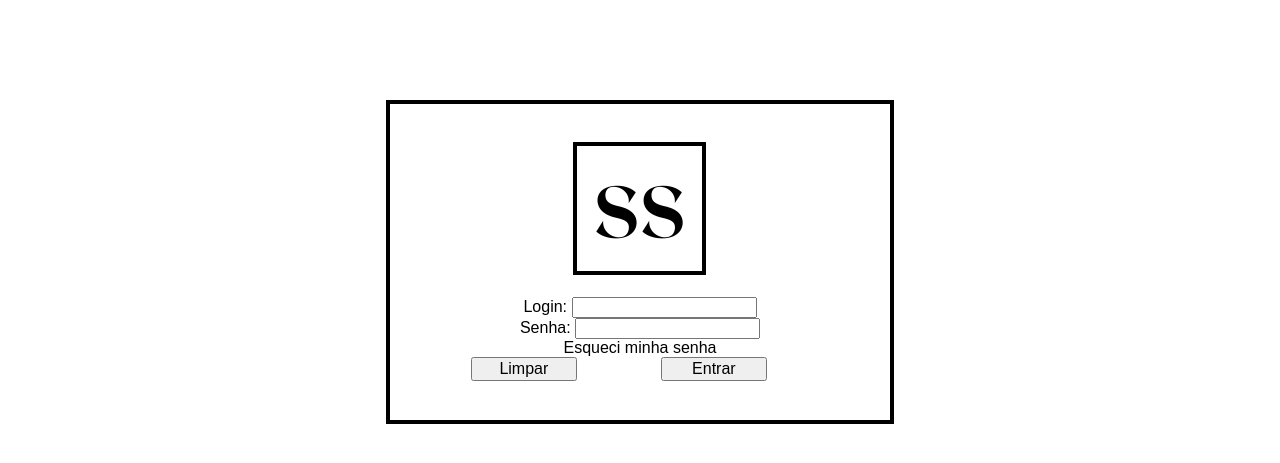
Repository: FaculdadeSenaiJoinville/PiMichelBaade
Page: http://localhost/ProjetoIndividual/
These files come from the project's save history. The page is drawn as it stood at one moment and after the next save; the edit follows.
The browser window is 1280 px wide. The pictures show the whole page.
The page is served by Tomcat 9. Other server files are loaded and not shown.

Above is the page before, as saved 2021-08-10 23:59:55.

### ProjetoIndividual/WebContent/index.html
<!DOCTYPE html>
<html lang="pt-br">
<head>
	<meta charset="UTF-8">
	<meta name="description" content="Site da Software dos Sonhos">
	<meta name="keywords" content="Padaria, Software, Sonhos">
	<meta name="author" content="Michel Baade">
	<meta name="viewport" content="width=device-width, initial-scale=1.0">
	<title>Software dos Sonhos</title>
	<link rel="stylesheet" type="text/css" href="css/site.css">
</head>
<body>
	<form name="frmlogin" method="post" action="#">
		<div id="logo"><img src="imgs/logo.png" alt="Logo da Software dos Sonhos"></div>
		<br>
		<div id="camposlogin">
		<label for="login">Login: </label>
		<input type="text" name="txtlogin" id="login"><br>
		<label for="senha">Senha: </label>
		<input type="password" name="txtsenha" id="senha"><br>
		<a>Esqueci minha senha</a><br>
		</div>
		<button type="reset">Limpar</button><button type="reset">Entrar</button>
	</form>
</body>
</html>

### ProjetoIndividual/WebContent/css/site.css
@charset "UTF-8";

body{
	width: 100%;
	margin: 0 auto;
	font-family: "Century Gothic", sans-serif;
	height: 100%;
}
img{
	border:4px solid #000;
	height: 125px;
	width: 125px;
}
form{
	border:4px solid #000;
	width: 33%;
	margin: 100px auto;
	height: 33%;
	padding: 3%;
}
div {
  text-align: center;
}
a {
	margin-top: 5px;
}
button {
	width: 25%;
	font-size: 16px;
	margin: 0 10%;
}

After the next save:
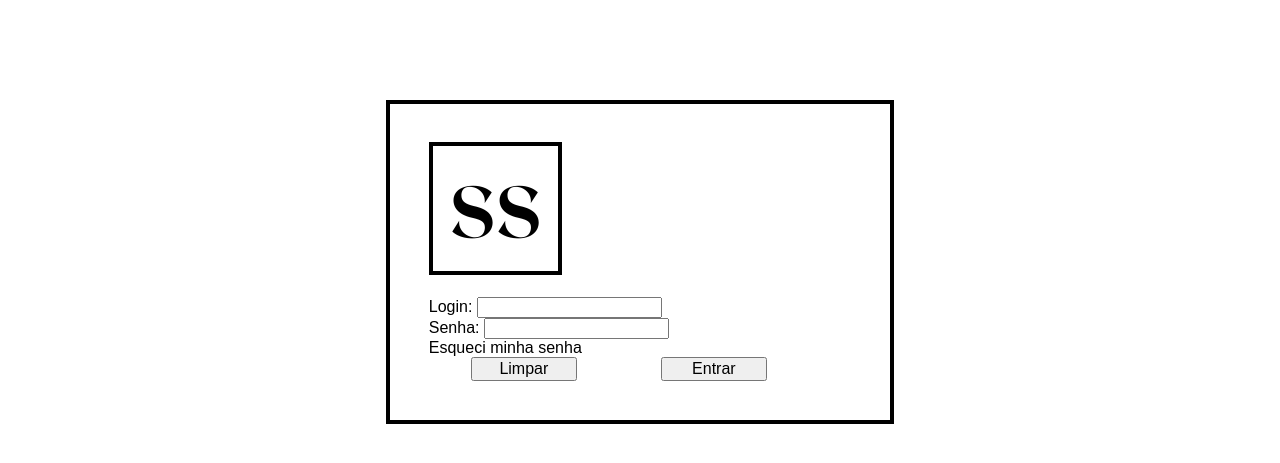
Saved 9 s later.
--- a/ProjetoIndividual/WebContent/css/site.css
+++ b/ProjetoIndividual/WebContent/css/site.css
@@ -18,7 +18,7 @@ form{
 	height: 33%;
 	padding: 3%;
 }
-div {
+div #logo{
   text-align: center;
 }
 a {
